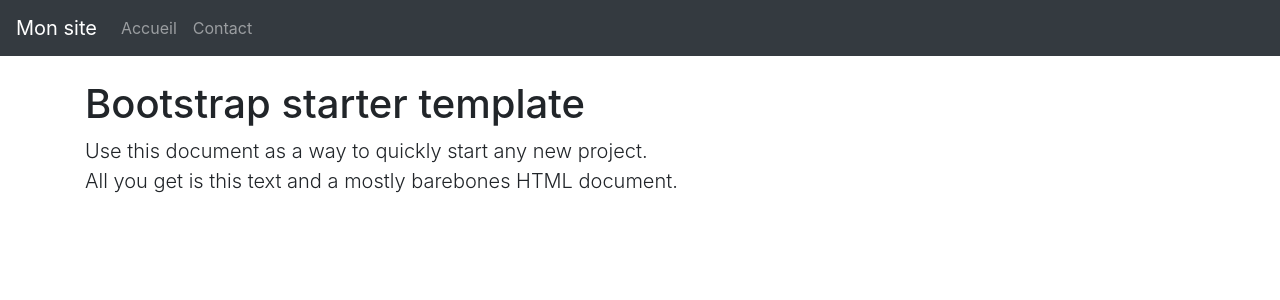
Repository: Alex-Serky/Backend_PHP
Page: http://localhost/
These files come from the project's save history. The page is drawn as it stood at one moment and after the next save; the edit follows.
The browser window is 1280 px wide. The pictures show the whole page.
Some web libraries are served in a nearby version. The page is run by PHP 8.4 with error messages shown; the project is at /var/www/html/.

Above is the page before, as saved 2020-07-20 16:48:03.

After the next save:
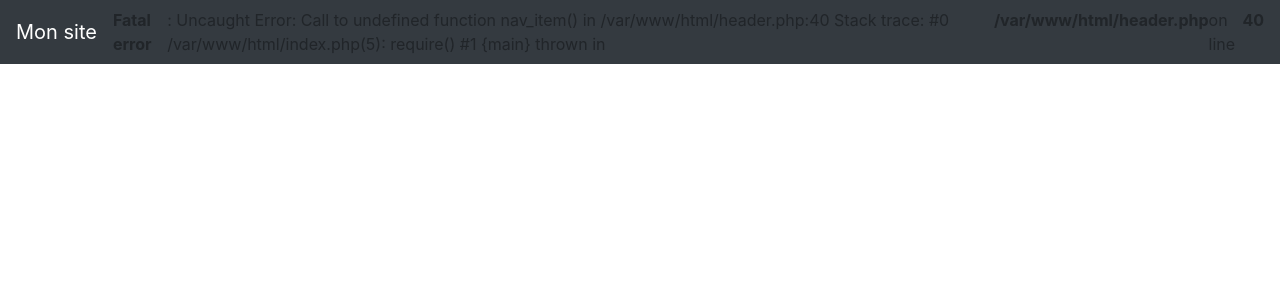
Saved 5 min 2 s later.
--- a/header.php
+++ b/header.php
@@ -1,3 +1,9 @@
+<?php
+
+
+
+?>
+
 <!doctype html>
 <html lang="en">
 
@@ -31,7 +37,9 @@
 
         <div class="collapse navbar-collapse" id="navbarsExampleDefault">
             <ul class="navbar-nav mr-auto">
-        <li class="nav-item <?php if($_SERVER['SCRIPT_NAME'] === './index.php'): ?>active<?php endif; ?>">
+                <?= nav_item('./index.php', 'Accueil') ?>
+                <?= nav_item('./contact.php', 'Contact') ?>
+                <li class="nav-item <?php if($_SERVER['SCRIPT_NAME'] === './index.php'): ?>active<?php endif; ?>">
                     <a class="nav-link" href="./index.php">Accueil</a>
                 </li>
                 <li class="nav-item <?php if($_SERVER['SCRIPT_NAME'] === './contact.php'): ?>active<?php endif; ?>">
